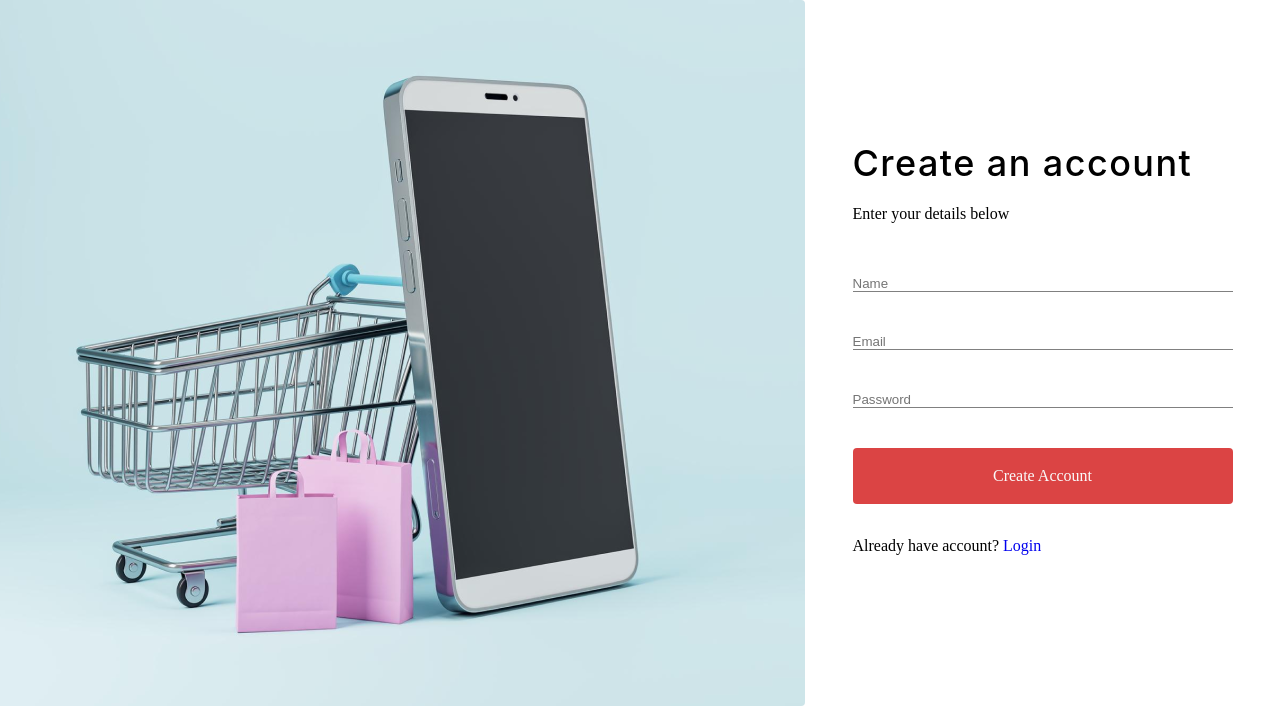
Repository: SabrinaSeydaliyeva/e-commerce-website
Page: pages/registerPage/index.html
These files come from the project's save history. The page is drawn as it stood at one moment and after a run of saves; the edit follows.
The browser window is 1280 px wide. The pictures show the whole page.
The style sheet was rebuilt from its Sass, Less or Tailwind sources for each picture, by a compiler version that may differ from the author's.

Above is the page before, as saved 2023-10-05 15:17:09.

### pages/registerPage/index.html
<!DOCTYPE html>
<html lang="en">
  <head>
    <meta charset="UTF-8" />
    <meta http-equiv="X-UA-Compatible" content="IE=edge" />
    <meta name="viewport" content="width=device-width, initial-scale=1.0" />
    <title>Document</title>
    <link rel="stylesheet" href="../../assets/css/reset.css" />
    <link rel="stylesheet" href="index.css" />
  </head>

  <body>
    <div class="container">
      <main>
        <img src="./images/img.png" alt="" />

        <div class="form-div">
          <form action="">
            <h1>Create an account</h1>
            <span>Enter your details below</span>
            <input class="name-input" type="text" required placeholder="Name" />
            <input
              class="email-input"
              type="email"
              required
              placeholder="Email"
            />
            <input
              class="password-input"
              type="password"
              required
              placeholder="Password"
            />
            <p class="error-msj">fill all data</p>
            <p class="error-user-exist">user exist</p>
            <button>Create Account</button>
            <p>Already have account? <a href="../loginPage/">Login</a></p>
          </form>
        </div>
      </main>
    </div>
  </body>
  <script src="./index.js"></script>
</html>

### assets/css/reset.css
* {
    margin: 0;
    padding: 0;
    box-sizing: border-box;
}

button {
    border: none;
}

a {
    text-decoration: none;
}

li {
    list-style-type: none;
}

### pages/registerPage/index.js
let form = document.querySelector("form");
let nameInput = document.querySelector(".name-input");
let passwordInput = document.querySelector(".password-input");
let btn = document.querySelector("button");
let errorMsj = document.querySelector(".error-msj");
let errorUserExist = document.querySelector(".error-user-exist");
userExist = false;
btn.addEventListener("click", handleRegister);

function handleRegister(e) {
  e.preventDefault();
  if (nameInput.value && passwordInput.value) {
    errorMsj.style.display = "none";
    checkUser()
  } else {
    console.log("KEDJEJD");
    errorMsj.style.display = "block";
  }
}

function createDataBase() {
  let userArrays = [];
  localStorage.setItem("users-data", JSON.stringify(userArrays));
}

function getDataBase() {
  let dataBase = JSON.parse(localStorage.getItem("users-data"));
  if (dataBase) {
    return dataBase;
  } else {
    createDataBase();
    let dataBase = JSON.parse(localStorage.getItem("users-data"));
    return dataBase;
  }
}

function checkUser() {
  let dataBase = getDataBase();
  for (let index = 0; index < dataBase.length; index++) {
    if (nameInput.value == dataBase[index].name) {
      userExist = true;
      break;
    }
    else {
      userExist = false;
    }
  }
  checkExist()
}

function checkExist(){
    if(userExist){
        errorUserExist.style.display="block"
    }
    else {
        createUser()
        errorUserExist.style.display="none"

    }
}

function createUser(){
    let user = {
        name: nameInput.value,
        password: passwordInput.value,
    }
    let dataBase= getDataBase()
    dataBase.push(user)
    localStorage.setItem("users-data", JSON.stringify(dataBase))
}

### pages/registerPage/index.scss
.container {
  width: 100%;
  min-height: 100vh;
  background: var(--BG, #fff);

  main {
    display: flex;
    justify-content: space-between;
    img {
      height: 100%;
      border-radius: 0px 4px 4px 0px;
      background: #cbe4e8;
    }

    .form-div {
      display: flex;
      justify-content: center;
      align-items: center;
      form {
        width: 80%;
        h1 {
          margin-bottom: 24px;
          color: var(--Text2, #000);
          font-family: Inter;
          font-size: 36px;
          font-style: normal;
          font-weight: 500;
          line-height: 30px;
          letter-spacing: 1.44px;
        }

        span {
          display: block;
          margin-bottom: 48px;

          color: var(--Text2, #000);
          font-family: Poppins;
          font-size: 16px;
          font-style: normal;
          font-weight: 400;
          line-height: 24px;
        }

        input {
          margin-bottom: 40px;
          width: 100%;
          border: none;
          border-bottom: 1px solid gray;
        }

        .error-msj,
        .error-user-exist {
          display: none;
        }

        button {
          width: 100%;
          color: var(--Text, #fafafa);

          /* Title/16PX Medium */
          font-family: Poppins;
          font-size: 16px;
          font-style: normal;
          font-weight: 500;
          line-height: 24px; /* 150% */
          padding: 16px;
          border-radius: 4px;
          background: var(--Button2, #db4444);
        }

        p {
          margin-top: 30px;
          color: var(--Text2, #000);

          /* Title/16PX Regular */
          font-family: Poppins;
          font-size: 16px;
          font-style: normal;
          font-weight: 400;
          line-height: 24px; /* 150% */
        }
      }
    }
  }
}

After the next 2 saves:
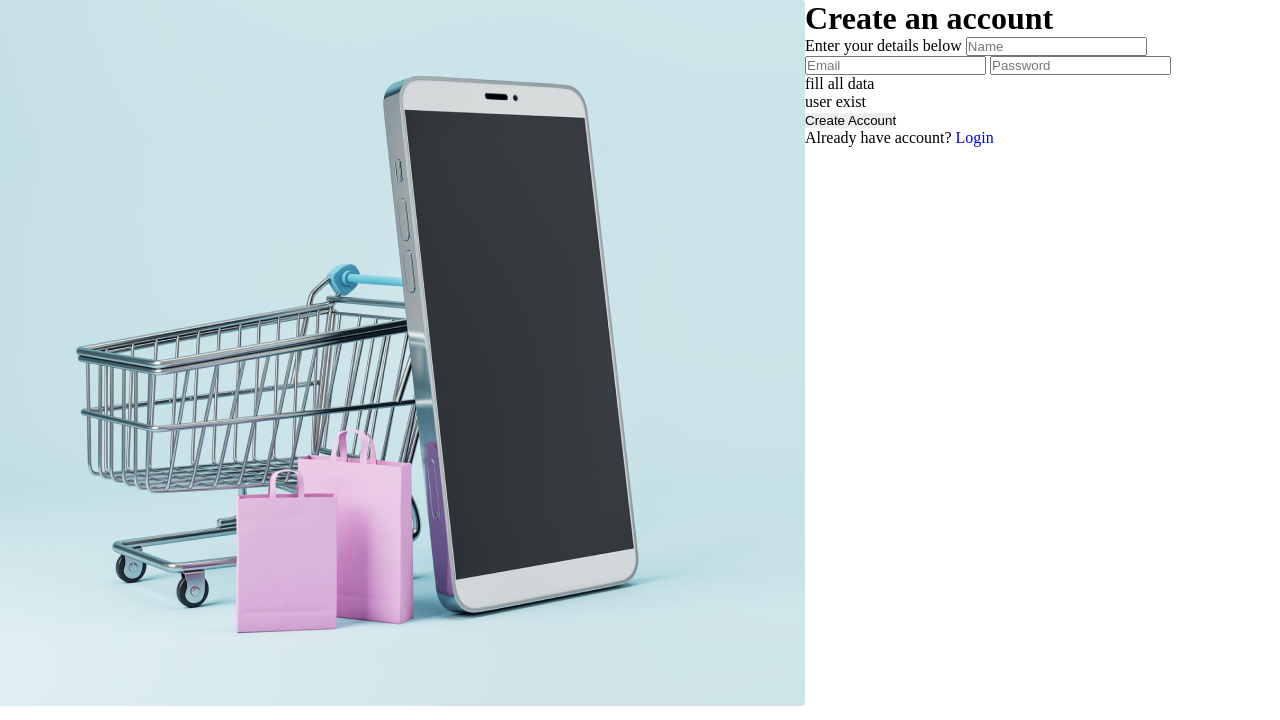
The 2 saves are shown as one change because they came seconds apart.
The last was saved 2 min 39 s later.
--- a/pages/registerPage/index.html
+++ b/pages/registerPage/index.html
@@ -14,7 +14,6 @@
       <main>
         <img src="./images/img.png" alt="" />
 
-        <div class="form-div">
           <form action="">
             <h1>Create an account</h1>
             <span>Enter your details below</span>
@@ -36,7 +35,7 @@
             <button>Create Account</button>
             <p>Already have account? <a href="../loginPage/">Login</a></p>
           </form>
-        </div>
+
       </main>
     </div>
   </body>
